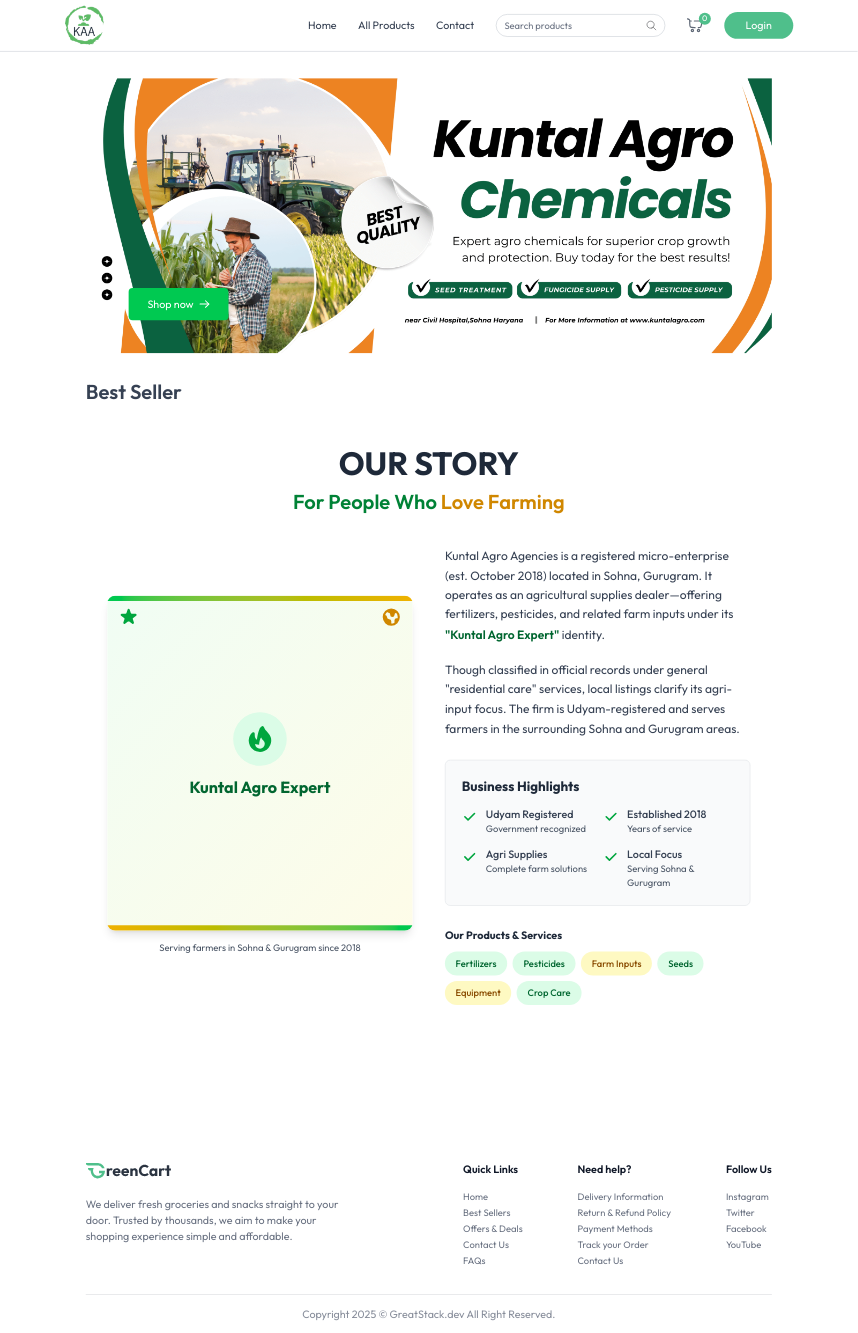
Repository: deepak445566/agro
Page: / (app in client/)
These files come from the project's save history. The page is drawn as it stood at one moment and after a run of saves; the edit follows.
The browser window is 1280 px wide. The pictures show the whole page, at 67% of full size.
The page's requests for data from a server got no answer. Some web fonts or font styles are not loaded; a fallback is used. The project was rebuilt for these pictures with package versions that can differ from the ones it lists, and the page was loaded fresh each time. No one was signed in, and anything a server would have sent is missing. Also part of the build but not shown: client/vite.config.js, client/src/components/ProductCard.jsx, client/src/components/BottomBanner.jsx, client/src/components/NewsLetter.jsx, client/src/components/Login.jsx, client/src/pages/AllProduct.jsx, client/src/pages/Productcato.jsx, client/src/pages/ProductDetail.jsx and 9 more.

Above is the page before, as saved 2025-12-14 14:52:33.

### client/index.html
<!doctype html>
<html lang="en">
  <head>
    <meta charset="UTF-8" />
    <link rel="icon" type="image/svg+xml" href="/favicon.svg" />
    <meta name="viewport" content="width=device-width, initial-scale=1.0" />
    <title>Grocery</title>
  </head>
  <body>
    <div id="root"></div>
    <script type="module" src="/src/main.jsx"></script>
  </body>
</html>

### client/src/main.jsx
import { StrictMode } from 'react'
import { createRoot } from 'react-dom/client'
import './index.css'
import App from './App.jsx'
import {BrowserRouter} from 'react-router-dom'
import { AppContextProvider } from './context/AppContext.jsx'


createRoot(document.getElementById('root')).render(
  <BrowserRouter>
  <AppContextProvider>
    <App />
    </AppContextProvider>
 </BrowserRouter>,
)

### client/src/index.css



@import url('https://fonts.googleapis.com/css2?family=Anton&family=Archivo+Black&family=Bebas+Neue&family=Bungee&family=Exo+2:ital,wght@0,100..900;1,100..900&family=Frijole&family=Kaushan+Script&family=Lilita+One&family=Mozilla+Headline:wght@200..700&family=Outfit:wght@100..900&family=Poppins:ital,wght@0,100;0,200;0,300;0,400;0,500;0,600;0,700;0,800;0,900;1,100;1,200;1,300;1,500;1,600;1,700;1,800;1,900&family=Rowdies:wght@300;400;700&family=Signika+Negative:wght@300..700&display=swap');

@import "tailwindcss";

*{
  font-family: "Outfit", sans-serif;
}
@theme {
  --color-primary:#4fbf8b;
  --color-primary-dull: #44ae7c;
}

### client/src/App.jsx
import React from 'react'
import Navbar from './components/Navbar'
import Home from './pages/Home'
import { Route, Routes, useLocation } from 'react-router-dom'
import { Toaster } from 'react-hot-toast';
import Footer from './components/Footer';
import { useAppContext } from './context/AppContext';
import Login from './components/Login';
import AllProduct from './pages/AllProduct';
import Productcato from './pages/Productcato';
import ProductDetail from './pages/ProductDetail';
import Cart from './pages/Cart';
import Addaddress from './components/Addaddress';
import Myorders from './pages/Myorders';
import SellerLogin from './components/seller/SellerLogin';
import SellerLayout from './pages/seller/SellerLayout';
import Addproduct from './pages/seller/Addproduct';
import ProductList from './pages/seller/ProductList';
import Order from './pages/seller/Order';
import Loading from './components/Loading';

function App() {

  const isSellerPath = useLocation().pathname.includes("seller");
const {showLogin,isSeller} =useAppContext();


  return (
  <>
  <div className='text-default min-h-screen text-gray-700 bg-white'>
{isSellerPath ? null : <Navbar/>}
{showLogin ? <Login/> : null}
<Toaster></Toaster>
<div className={` ${isSellerPath ? " ":"px-6 md:px-16 lg:px-24 xl:px-32" }`}>
  <Routes>
    <Route path='/' element={<Home/>}/>
    <Route path='/products' element={<AllProduct/>}/>
    <Route path='/products/:category' element={<Productcato/>}/>
    <Route path='/products/:category/:id' element={<ProductDetail/>}/>
  <Route path='/cart' element={<Cart/>}/>
  <Route path='/add-address' element={<Addaddress/>}/>
  <Route path='/myOrders' element={<Myorders/>}/>
<Route path="/loader" element={<Loading/>}/>



  <Route path='/seller' element={isSeller?<SellerLayout/> :<SellerLogin/>}>
  <Route index element={isSeller?<Addproduct/>:null} />
<Route path='product-list' element={isSeller?<ProductList/>:null} />
<Route path='orders' element={<Order/>}/>



  </Route>


  </Routes>
</div>
 {!isSellerPath && <Footer />}
</div>
  </>
  )
}

export default App

### client/src/context/AppContext.jsx
import { createContext, useContext, useEffect, useState } from "react";
import { useNavigate } from "react-router-dom";

import toast from "react-hot-toast";
import axios from "axios";


axios.defaults.withCredentials = true;
axios.defaults.baseURL = import.meta.env.VITE_BACKEND_URL;






export const AppContext = createContext();

export const AppContextProvider = ({ children }) => {
  const navigate = useNavigate();

  const [user, setUser] = useState(null);
  const [isSeller, setIsSeller] = useState(false);
  const [showLogin, setShowLogin] = useState(false);
  const [products, setProducts] = useState([]);
  const [cartItems, setCartItems] = useState({});
  const [search, setSearch] = useState({});

  //status//
  const fetchSeller = async () =>{
    try {
      const {data} = await axios.get("/api/seller/isauth");
      if(data.success){
        setIsSeller(true);
      }
      else{
        setIsSeller(false);
      }
    } catch (error) {
      setIsSeller(false);
    }
  }



  const fetchUser = async ()=>{
    try {
      const {data} = await axios.get('/api/user/isauth');
      if(data.success){
        setUser(data.user)
        setCartItems(data.user.cartItems)

      }
    } catch (error) {
      setUser(null)
    }
  }


  // Fetch products
  const fetchProducts = async () => {
   try{
const {data} = await axios.get("/api/product/list")
if(data.success){
  setProducts(data.products)
}else{
  toast.error(data.message)
}
   }catch(error){
toast.error(error.message)
   }
  };

  // Add to cart
  const addToCart = (itemId) => {
    let cartData = structuredClone(cartItems);
    if (cartData[itemId]) {
      cartData[itemId] += 1;
    } else {
      cartData[itemId] = 1;
    }
    setCartItems(cartData);
    console.log(cartItems);
    toast.success("Added to Cart");
  };

  // Update cart quantity
  const updateCart = (itemId, quantity) => {
    let cartData = structuredClone(cartItems);
    if (quantity <= 0) {
      delete cartData[itemId];
    } else {
      cartData[itemId] = quantity;
    }
    setCartItems(cartData);
  };

  // Remove product from cart completely
  const removeFromCart = (itemId) => {
    let cartData = structuredClone(cartItems);
    if (cartData[itemId]) {
      delete cartData[itemId];
      setCartItems(cartData);
      toast.success("Removed from Cart");
    }
  };

  const getcount = () => {
    let totalcount = 0;
    for (const item in cartItems) {
      totalcount += cartItems[item];
    }
    return totalcount;
  };

  const gettotal = () => {
    let totalAmount = 0;
    for (const itemId in cartItems) {
      let itemInfo = products.find((pro) => pro._id === itemId);
      if (itemInfo && cartItems[itemId] > 0) {
        totalAmount += itemInfo.offerPrice * cartItems[itemId]; // ✅ fixed property name
      }
    }
    return Math.floor(totalAmount * 100) / 100;
  };

  useEffect(() => {
    fetchSeller()
    fetchUser()
    fetchProducts()
  }, []);
//databasecrt items//
useEffect(()=>{
const updateCart = async () => {
  try {
    const { data } = await axios.post('/api/cart/update', {
      userId: user._id,   // make sure user object has _id
      cartItems
    });
    if (!data.success) {
      toast.error(data.message);
    }
  } catch (error) {
    toast.error(error.message);
  }
};

if(user){
  updateCart()
}


},[cartItems])



  const value = {
    navigate,
    user,
    setUser,
    isSeller,
    setIsSeller,
    showLogin,
    setShowLogin,
    products,
    addToCart,
    updateCart,
    removeFromCart, // ⬅ new function
    cartItems,
    search,
    setSearch,
    getcount,
    gettotal,
    axios,
    fetchProducts,
    setCartItems
  };

  return <AppContext.Provider value={value}>{children}</AppContext.Provider>;
};

// Custom hook
export const useAppContext = () => {
  return useContext(AppContext);
};

### client/src/components/Navbar.jsx
import React, { useEffect } from 'react'
import { NavLink } from 'react-router-dom'
import { assets } from '../assets/assets'
import { useAppContext } from '../context/AppContext'
import toast from 'react-hot-toast'
function Navbar() {
     const [open, setOpen] = React.useState(false)
     const {user,setUser,setShowLogin,navigate,setSearch,search,getcount,axios}= useAppContext();

     useEffect(()=>{
if(search.length>0){
  navigate("/products")
}
     },[search])


     const Logout=async()=>{

      try{
const {data} = await axios.get("/api/user/logout")
if(data.success){
  toast.success(data.message)
     setUser(null);
      navigate('/')
}else{
  toast.error(data.message)
}
      }catch(error){
toast.error(error.message)
      }

     }
  return (
  <>
 <nav className="flex items-center justify-between px-6 md:px-16 lg:px-24  py-2 border-b border-gray-300 bg-white relative transition-all z-40">

          <NavLink to='/' onClick={()=>setOpen(false)}>
            <img src="/logo1.png" alt="logo" className='h-15 w-15'/>
          </NavLink>

            {/* Desktop Menu */}
            <div className="hidden sm:flex items-center gap-8">
              <NavLink to="/">Home</NavLink>
                <NavLink to="/products">All Products</NavLink>
                  <NavLink to="/">Contact</NavLink>

                <div className="hidden lg:flex items-center text-sm gap-2 border border-gray-300 px-3 rounded-full">
                    <input onChange={(e)=>setSearch(e.target.value)} className="py-1.5 w-full bg-transparent outline-none placeholder-gray-500" type="text" placeholder="Search products" />
                   <img src={assets.search_icon} className='w-4 h-4'/>
                </div>

                <div onClick={()=>navigate("/cart")} className="relative cursor-pointer ">
                   <img src={assets.nav_cart_icon} className='w-6 opacity-80'/>
                    <button className="absolute -top-2 -right-3 text-xs text-white bg-primary w-[18px] h-[18px] rounded-full">{getcount()}</button>
                </div>

                {!user ? (<button onClick={()=>setShowLogin(true)} className="cursor-pointer px-8 py-2 bg-primary hover:bg-primary-dull transition text-white rounded-full">
                    Login
                </button>):(
                  <div className='relative group'>

                    <img src={assets.profile_icon} className='w-10'/>
                    <ul className='hidden group-hover:block absolute top-10 right-0 bg-white shadow border border-gray-200  py-2.5 w-30 rounded-md text-sm z-40'>
                      <li onClick={()=>navigate("myOrders")} className='p-1.5 pl-3 hover:bg-primary/10 cursor-pointer'>
                        My Orders
                      </li>
                      <li onClick={()=>Logout()} className='p-1.5 pl-3 hover:bg-primary/10 cursor-pointer'>Logout</li>
                    </ul>
                  </div>
                )}
            </div>
<div className='flex items-center gap-6 sm:hidden'>

                <div onClick={()=>navigate("/cart")} className="relative cursor-pointer ">
                   <img src={assets.nav_cart_icon} className='w-6 opacity-80'/>
                    <button className="absolute -top-2 -right-3 text-xs text-white bg-primary w-[18px] h-[18px] rounded-full">{getcount()}</button>
                </div>
    <button onClick={() => open ? setOpen(false) : setOpen(true)} aria-label="Menu" >
                {/* Menu Icon SVG */}
              <img src={assets.menu_icon}/>
            </button>
</div>


            {/* Mobile Menu */}
            <div className={`${open ? 'flex' : 'hidden'} absolute top-[60px] left-0 w-full bg-white shadow-md py-4 flex-col items-start gap-2 px-5 text-sm md:hidden`}>
              <NavLink to="/" onClick={()=>setOpen(false)}>Home</NavLink>
                       <NavLink to="/products" onClick={()=>setOpen(false)}>All Products</NavLink>
                       {user &&
                             <NavLink to="/products" onClick={()=>setOpen(false)}>My Orders</NavLink>}

              <NavLink to="/" onClick={()=>setOpen(false)}>Contact</NavLink>


              {!user?( <button          onClick={()=>{setOpen(false), setShowLogin(true)}}

              className="cursor-pointer px-6 py-2 mt-2 bg-primary hover:bg-primary-dull transition text-white rounded-full text-sm">

                    Login
                </button>):( <button onClick={()=>Logout()} className="cursor-pointer px-6 py-2 mt-2 bg-primary hover:bg-primary-dull transition text-white rounded-full text-sm">
                    Logout
                </button>)}

            </div>

        </nav>
  </>
  )
}

export default Navbar

### client/src/pages/Home.jsx
import React from 'react'

import MainBanner from '../components/MainBanner'

import BestSeller from '../components/BestSeller'
import BottomBanner from '../components/BottomBanner'
import NewsLetter from '../components/NewsLetter'
import OurStory from '../components/OurStory'

export default function() {
  return (
   <>
   <div className='mt-10'>
    <MainBanner/>

    <BestSeller/>
    <OurStory/>


   </div>
   </>
  )
}

### client/src/components/Footer.jsx
import React from 'react'
import { assets, footerLinks } from '../assets/assets'

function Footer() {
  return (
 <>
  <div className="px-6 md:px-16 lg:px-24 xl:px-32 mt-24">
            <div className="flex flex-col md:flex-row items-start justify-between gap-10 py-10 border-b border-gray-500/30 text-gray-500">
                <div>
                    <img className="w-34 md:w-32" src={assets.logo} alt="dummyLogoColored" />
                    <p className="max-w-[410px] mt-6">We deliver fresh groceries and snacks straight to your door. Trusted by thousands, we aim to make your shopping experience simple and affordable.</p>
                </div>
                <div className="flex flex-wrap justify-between w-full md:w-[45%] gap-5 ">
                    {footerLinks.map((section, index) => (
                        <div key={index}>
                            <h3 className="font-semibold text-base text-gray-900 md:mb-5 mb-2">{section.title}</h3>
                            <ul className="text-sm space-y-1">
                                {section.links.map((link, i) => (
                                    <li key={i}>
                                        <a href={link.url} className="hover:underline transition">{link.text}</a>
                                    </li>
                                ))}
                            </ul>
                        </div>
                    ))}
                </div>
            </div>
            <p className="py-4 text-center text-sm md:text-base text-gray-500/80">
                Copyright 2025 © <a href="https://prebuiltui.com">GreatStack.dev</a> All Right Reserved.
            </p>
        </div>

 </>
  )
}

export default Footer

### client/src/components/MainBanner.jsx
import React from "react";
import { assets } from "../assets/assets";
import { Link } from "react-router-dom";

function MainBanner() {
  return (
    <div className="relative w-full">
      {/* Banner image */}
      <img
        src="/main1.png"
        alt="Main banner"
        className="w-full hidden md:block"
      />
      <img
        src={assets.main_banner_bg_sm}
        alt="Main banner mobile"
        className="w-full md:hidden"
      />

      {/* Overlay content */}
      <div className="absolute inset-0 flex flex-col justify-center md:items-start items-center px-6 md:px-16 mt-96 lg:mt-0 md:mt-0">


        {/* Buttons */}
        <div className="mt-66 flex flex-col md:flex-row items-center  md:justify-start gap-4">
          <Link
            to="/products"
            className="flex items-center gap-2 px-7 py-3 bg-green-500 hover:bg-green-600 text-white rounded-md transition"
          >
            Shop now
            <img
              src={assets.white_arrow_icon}
              alt="arrow"
              className="w-4 h-4"
            />
          </Link>


        </div>
      </div>
    </div>
  );
}

export default MainBanner;

### client/src/components/BestSeller.jsx
import React from "react";
import ProductCard from "./ProductCard";
import { useAppContext } from "../context/AppContext";

function BestSeller() {
  const { products } = useAppContext();

  return (
    <div className="mt-10">
      {/* Heading */}
      <p className="text-2xl md:text-3xl font-semibold mb-4">
        Best Seller
      </p>

      {/* Products Grid */}
      <div className="grid grid-cols-2 sm:grid-cols-3 md:grid-cols-4 lg:grid-cols-5 gap-4 lg:gap-6">
        {products
          .filter((item) => item.inStock)
          .slice(0, 5)
          .map((item) => (
            <ProductCard key={item._id} product={item} />
          ))}
      </div>
    </div>
  );
}

export default BestSeller;

Loaded but not shown: client/src/components/Reviews.jsx (common file); client/src/assets/assets.js (194 lines, source omitted); client/src/components/OurStory.jsx (171 lines, source omitted)

After the next 2 saves:
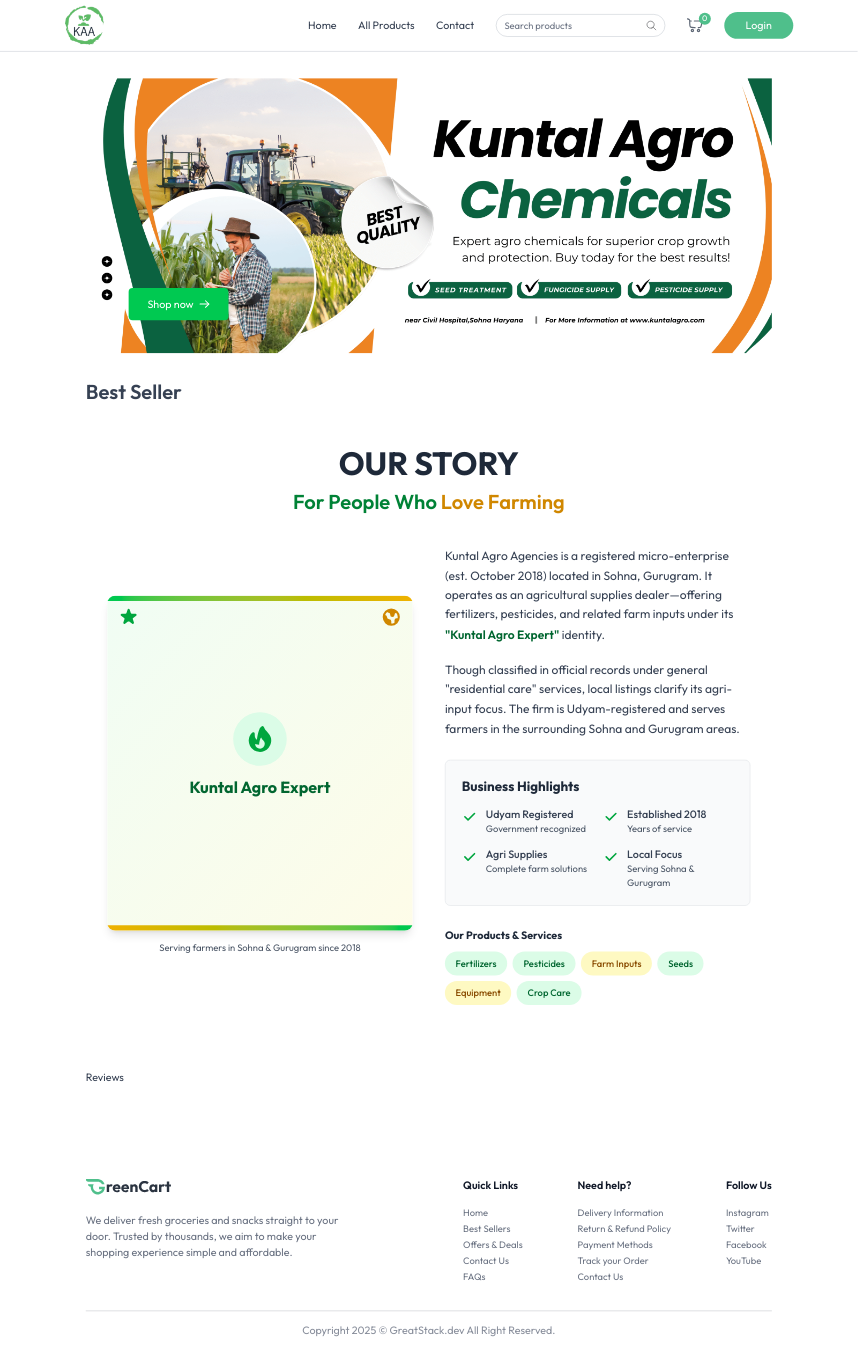
The 2 saves are shown as one change because they came seconds apart.
The last was saved 13 s later.
--- a/client/src/pages/Home.jsx
+++ b/client/src/pages/Home.jsx
@@ -6,6 +6,7 @@
 import BottomBanner from '../components/BottomBanner'
 import NewsLetter from '../components/NewsLetter'
 import OurStory from '../components/OurStory'
+import Reviews from '../components/Reviews'
 
 export default function() {
   return (
@@ -15,7 +16,7 @@
 
     <BestSeller/>
     <OurStory/>
-
+   <Reviews/>
 
    </div>
    </>
